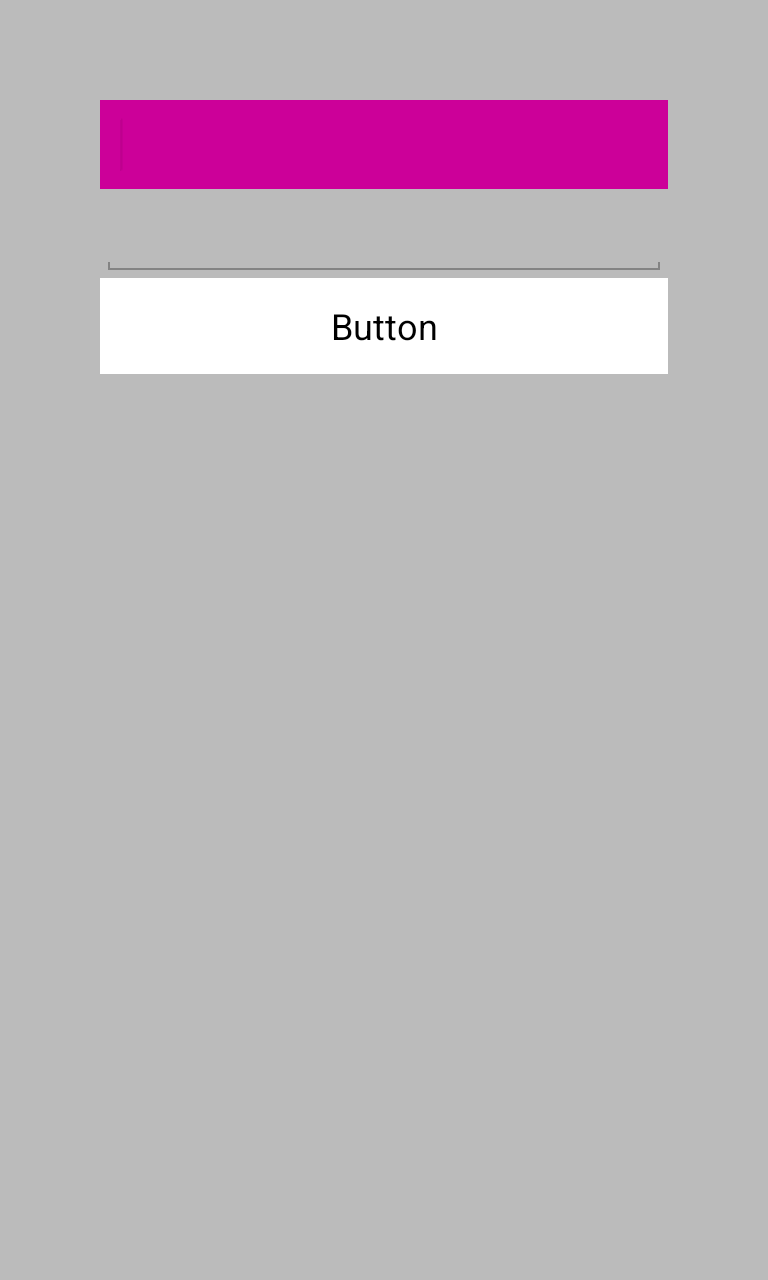
Repository: christianchi/di
Layout: 09 Drawable/UsoDrawNinePatch/res/layout/activity_main.xml
These files come from the project's save history. The layout is drawn as it stood at one moment and after the next save; the edit follows.
It is drawn on a 768 x 1280 px phone screen (xhdpi) without system bars, with theme AppTheme; the app's code is not run.

Above is the layout before, as saved 2014-01-16 08:45:57.

After the next save:
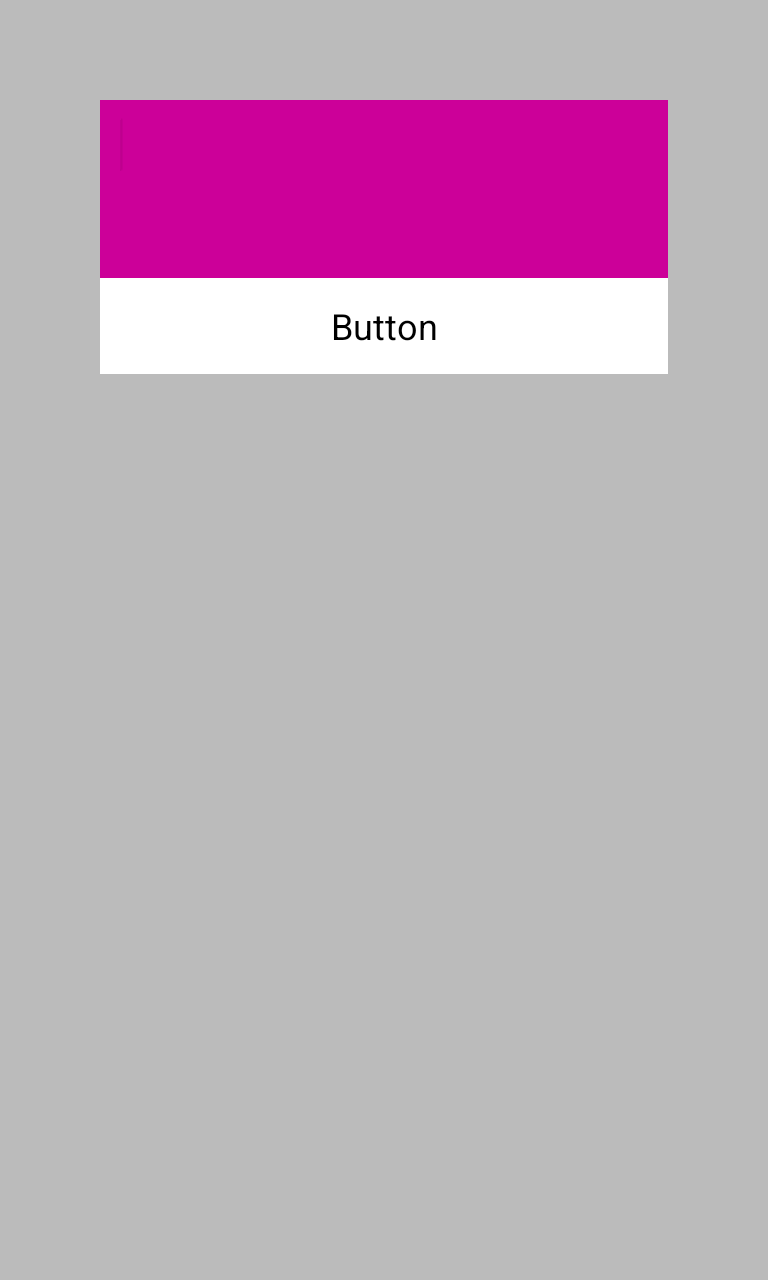
Saved 11 s later.
--- a/09 Drawable/UsoDrawNinePatch/res/layout/activity_main.xml
+++ b/09 Drawable/UsoDrawNinePatch/res/layout/activity_main.xml
@@ -21,6 +21,8 @@
         android:id="@+id/editText2"
         android:layout_width="match_parent"
         android:layout_height="wrap_content"
+        android:background="#c09"
+        android:textColor="#fff"
         android:ems="10"
         android:inputType="textPassword"
         android:padding="10dp" />
